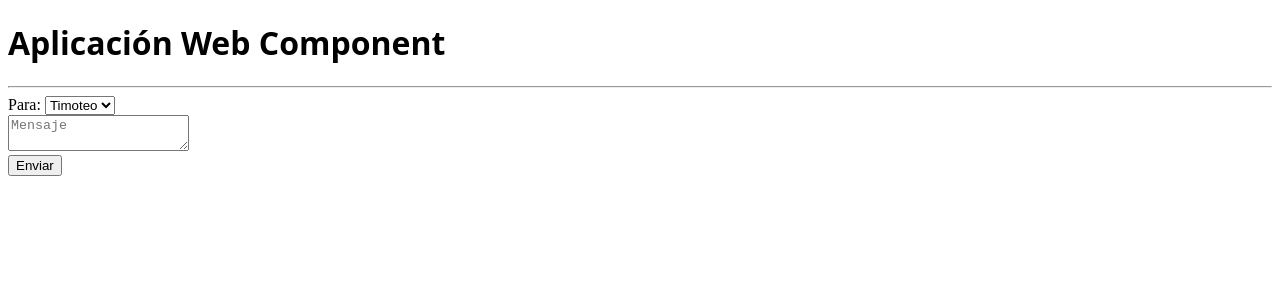
Repository: maxTech2019/Lab-react-C12024
Page: /
The author's editor kept a copy of each file at every save. The page is drawn from the files as they stood at one save, then again after the next save.
The browser window is 1280 px wide. The pictures show the whole page.
The project was rebuilt for these pictures with package versions that can differ from the ones it lists, and the page was loaded fresh each time. Also part of the build but not shown: vite.config.js, src/css/productos.css, src/component/Productos.jsx, src/custom_hooks/useContador.js, src/component/ContadoruseEffect.jsx.

Above is the page before, as saved 2024-06-06 11:47:03.

### src/main.jsx
import React from 'react'
import ReactDOM from 'react-dom/client'
import App from './App';


const root = ReactDOM.createRoot(document.getElementById('root'));
root.render(
  <React.StrictMode>
    <App />
  </React.StrictMode>,
)

### src/App.jsx
import { Productos } from "./component/Productos";
import {ContadoruseEffect} from "./component/ContadoruseEffect";
import Formulario from "./component/Formulario";

const App = () => {
  return (
    <>
      <h1>Aplicación Web Component</h1>
      <hr />
      {/* <Contador /> */}
      {/* <Productos/> */}
      {/* <ContadoruseEffect /> */}
      <Formulario />
    </>
  );
}

export default App

### src/component/Formulario.jsx

const Formulario = () => {
    return (
        <form>
            <label>
                Para: {'  '}
                <select name="" id="">
                    <option value="Timote">Timoteo</option>
                    <option value="Sarahy">Sarahy</option>
                </select>
            </label>
            <br/>
            <textarea placeholder="Mensaje"/>
            <br/>
            <button type="submit">Enviar</button>
        </form>
    );
}

export default Formulario;

### src/css/estilos_contuseEffect.css
 button.miBoton {
    width: 50px;
    height: 50px;
    margin-left: 5px;
 }
 h1{
    font-family: system-ui;
    font-size: 2em;
 }

Loaded but not shown: index.html (common file)

After the next save:
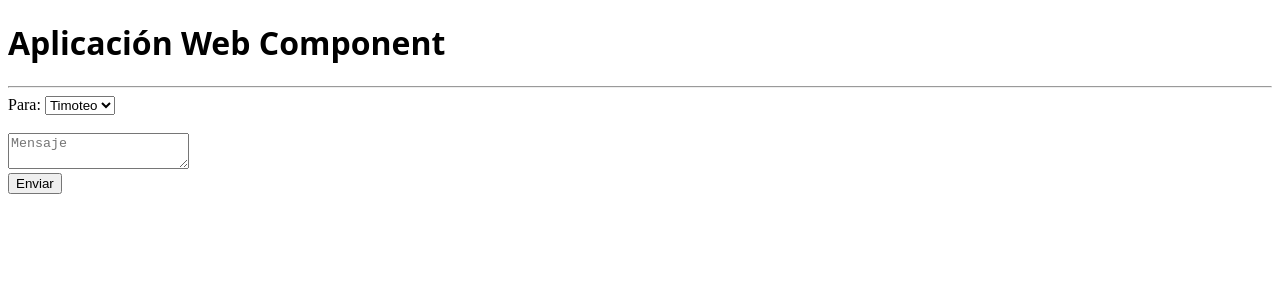
Saved 58 s later.
--- a/src/component/Formulario.jsx
+++ b/src/component/Formulario.jsx
@@ -9,7 +9,7 @@ const Formulario = () => {
                     <option value="Sarahy">Sarahy</option>
                 </select>
             </label>
-            <br/>
+            <br/><br/>
             <textarea placeholder="Mensaje"/>
             <br/>
             <button type="submit">Enviar</button>
